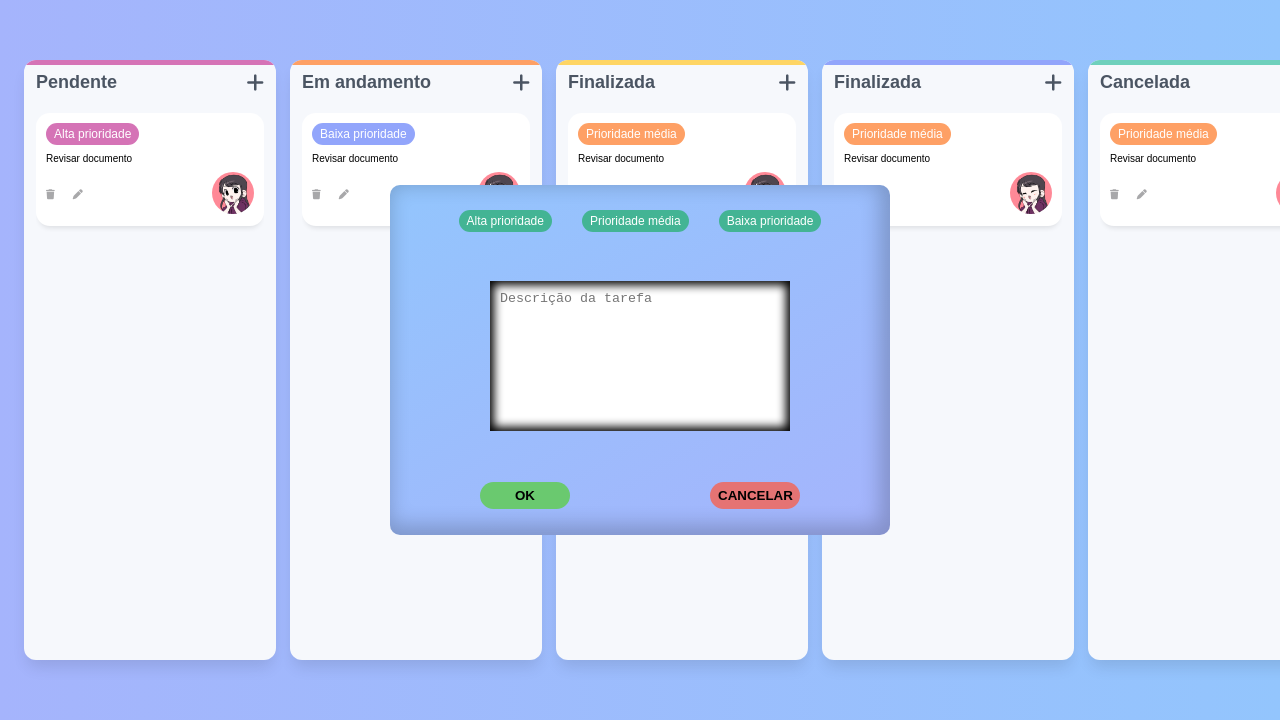
Repository: Marinalr-25/ProjetoToDoList
Page: index.html
An editor plug-in stored every save of this project. The page is shown before and after the next save, followed by the edit.
The browser window is 1280 px wide. The pictures show the whole page.
Some web fonts or font styles are not loaded; a fallback is used. Some web libraries are served in a nearby version.

Above is the page before, as saved 2024-10-31 19:32:17.

After the next save:
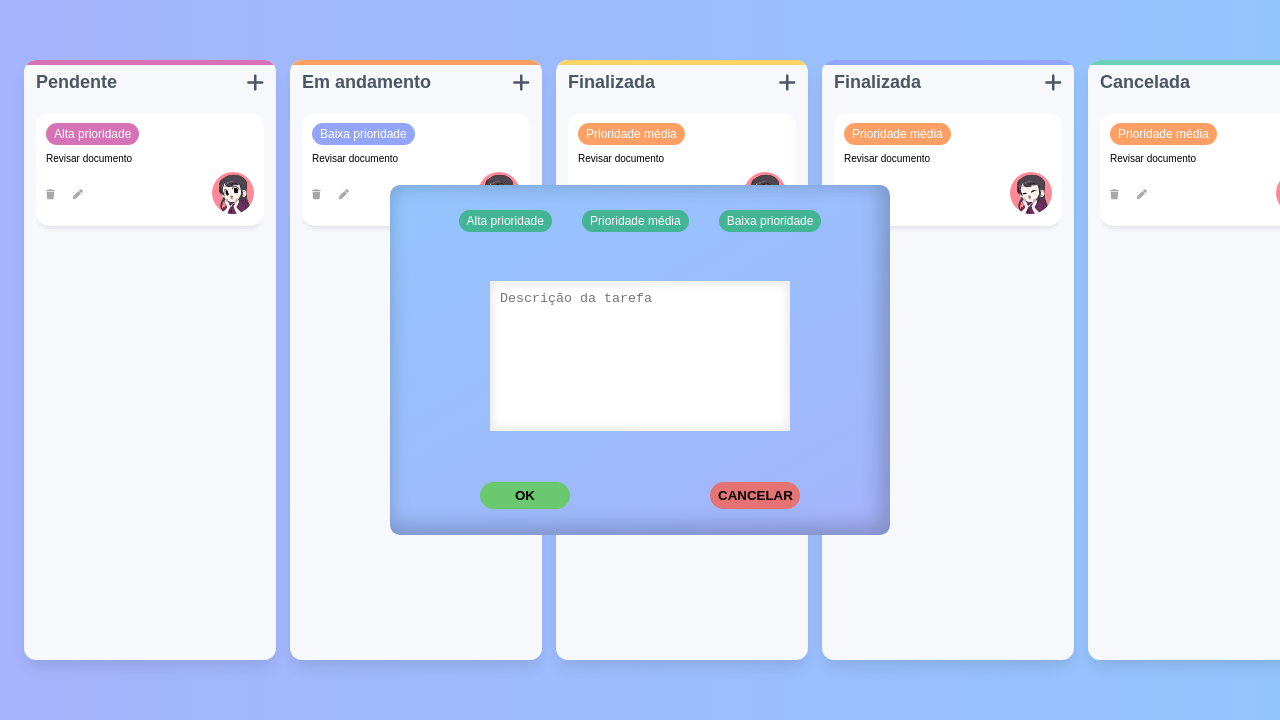
Saved 12 s later.
--- a/css/style.css
+++ b/css/style.css
@@ -238,7 +238,7 @@ label:hover {
   padding: 1rem;
   border: 0;
   resize: none;
-  box-shadow: inset 0 0 1rem 0.4rem #000;
+  box-shadow: inset 0 0 1rem 0.4rem #00000013;
 }
 
 .caixa_texto::placeholder {
